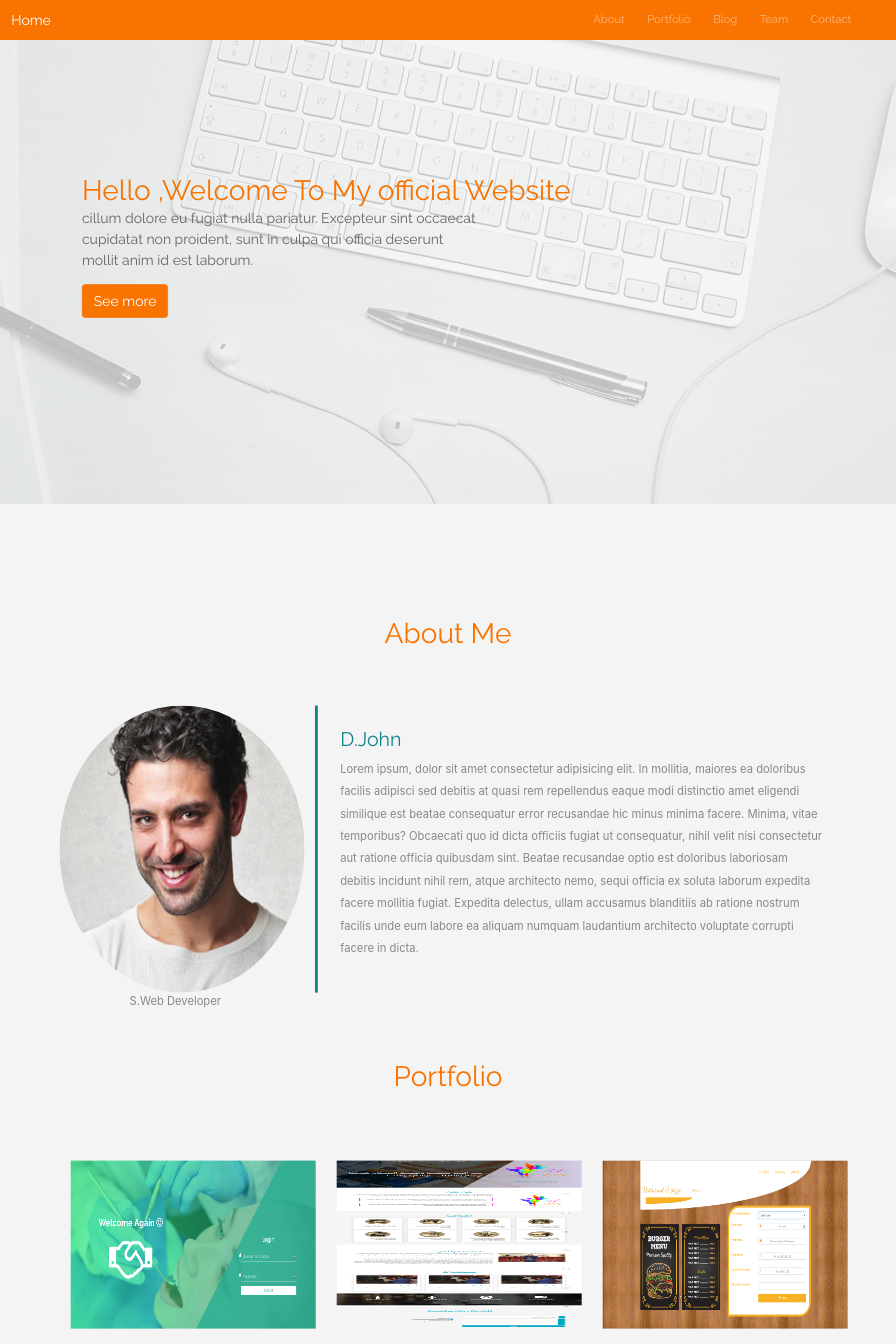
Repository: adrian9211/Bootstrap_website_Ruth
Page: index.html
The author's editor kept a copy of each file at every save. The page is drawn from the files as they stood at one save, then again after the next save.
The browser window is 1280 px wide. The pictures show the part of the page from y = 0 to 1920 px (the page is 4159 px tall), at 70% of full size.
Some web libraries are served in a nearby version.

Above is the page before, as saved 2020-11-25 13:10:24.

### index.html
<!DOCTYPE html>
<html lang="en">
<head>
    <meta charset="UTF-8">
    <meta name="viewport" content="width=device-width, initial-scale=1.0">
    <title>Bootstrap 4 page</title>

    <link rel="stylesheet" href="css/bootstrap.min.css">
    <link rel="stylesheet" href="css/main.css">
</head>
<body>
    <!-- Navbar start -->
    <nav class="navbar navbar-expand-lg navbar-dark fixed-top">
        <a class="navbar-brand" href="#">Home</a>
        <button class="navbar-toggler" type="button" data-toggle="collapse" data-target="#navbarSupportedContent" aria-controls="navbarSupportedContent" aria-expanded="false" aria-label="Toggle navigation">
          <span class="navbar-toggler-icon"></span>
        </button>

        <div class="collapse navbar-collapse" id="navbarSupportedContent">
            <ul class="navbar-nav mr-4">
              <li class="nav-item">
                <a class="nav-link"  data-value="about" href="#">About</a>
              </li>
              <li class="nav-item">
                <a class="nav-link" data-value="portfolio" href="#">Portfolio</a>
              </li>
              <li class="nav-item">
                <a class="nav-link" data-value="blog" href="#">Blog</a>
              </li>
              <li class="nav-item">
                <a class="nav-link" data-value="team" href="#">Team</a>
              </li>
              <li class="nav-item">
                <a class="nav-link" data-value="contact" href="#">Contact</a>
              </li>
          </div>
    </nav>
    <!-- Navbar end -->
    <!-- Header section START -->
    <header class="header">
      <div class="overlay"></div>
       <div class="container">
           <div class="description ">
        <h1>
          Hello ,Welcome To My official Website
          <p>
          cillum dolore eu fugiat nulla pariatur. Excepteur sint occaecat cupidatat non
          proident, sunt in culpa qui officia deserunt mollit anim id est laborum.</p>
          <button class="btn btn-outline-secondary btn-lg">See more</button>
        </h1>
      </div>
       </div>

    </header>
    <!-- Header section END -->

    <!-- About section START -->

    <div class="about" id="about">
      <div class="container">
        <h1 class="text-center">About Me</h1>
          <div class="row">
            <div class="col-lg-4 col-md-4 col-sm-12">
              <img src="images/team-3.jpg"  class="img-fluid" alt="photo">
              <span class="text-justify">S.Web Developer</span>
            </div>
            <div class="col-lg-8 col-md-8 col-sm-12 desc">
              <h3>D.John</h3>
              <p>Lorem ipsum, dolor sit amet consectetur adipisicing elit. In mollitia, maiores ea doloribus facilis adipisci sed debitis at quasi rem repellendus eaque modi distinctio amet eligendi similique est beatae consequatur error recusandae hic minus minima facere. Minima, vitae temporibus? Obcaecati quo id dicta officiis fugiat ut consequatur, nihil velit nisi consectetur aut ratione officia quibusdam sint. Beatae recusandae optio est doloribus laboriosam debitis incidunt nihil rem, atque architecto nemo, sequi officia ex soluta laborum expedita facere mollitia fugiat. Expedita delectus, ullam accusamus blanditiis ab ratione nostrum facilis unde eum labore ea aliquam numquam laudantium architecto voluptate corrupti facere in dicta.</p>
            </div>
          </div>
      </div>
    </div>

    <!-- About section END -->

    <!-- Portfolio part START -->
    <div class="portfolio" id="portfolio">
      <h1 class="text-center">Portfolio</h1>
      <div class="container">
        <div class="row">
          <div class="col-lg-4 col-md-4 col-sm-12">
            <img src="images/portfolio/port13.png" alt="port3" class="img-fluid">
        </div>
          <div class="col-lg-4 col-md-4 col-sm-12">
            <img src="images/portfolio/port1.png" alt="port1" class="img-fluid">
        </div>
          <div class="col-lg-4 col-md-4 col-sm-12">
            <img src="images/portfolio/port6.png" alt="port6" class="img-fluid">
        </div>
          <div class="col-lg-4 col-md-4 col-sm-12">
            <img src="images/portfolio/port3.png" alt="port3" class="img-fluid">
        </div>
          <div class="col-lg-4 col-md-4 col-sm-12">
            <img src="images/portfolio/port11.png" alt="port11" class="img-fluid">
        </div>
          <div class="col-lg-4 col-md-4 col-sm-12">
            <img src="images/portfolio/electric.png" alt="electric" class="img-fluid">
        </div>
          <div class="col-lg-4 col-md-4 col-sm-12">
            <img src="images/portfolio/Classic.jpg" alt="classic" class="img-fluid">
        </div>
          <div class="col-lg-4 col-md-4 col-sm-12">
            <img src="images/portfolio/port1.png" alt="port1" class="img-fluid">
        </div>
          <div class="col-lg-4 col-md-4 col-sm-12">
            <img src="images/portfolio/port8.png" alt="port8" class="img-fluid">
        </div>
      </div>
    </div>
    </div>

    <!-- Portfolio part END -->

    <!-- Posts section START -->
    <div class="blog" id="blog">
      <div class="container">
        <h1 class="text-center">Blog</h1>
        <div class="row">
          <div class="col-lg-4 col-md-4 col-sm-12" >
            <div class="card">
              <div class="card-img">
                <img src="images/posts/polit.jpg" alt="polit" class="img-fluid">
              </div>
              <div class="card-body">
                <h4 class="card-title">Post Title</h4>
                <p class="card-text">
                  Lorem ipsum dolor sit amet consectetur adipisicing elit. Fuga, at, mollitia et labore est quo ratione suscipit iste consequatur quos quidem nulla asperiores eveniet repellat odit. Reprehenderit enim vitae ratione ab veniam, temporibus sapiente quasi tenetur voluptatem repellat ea ipsam rerum consectetur unde quia exercitationem tempore debitis laborum qui dolores!
                </p>
              </div>
              <div class="card-footer">
                <a href="" class="card-link"> Read more</a>
              </div>
            </div>
          </div>
          <div class="col-lg-4 col-md-4 col-sm-12">
            <div class="card">
              <div class="card-img">
                <img src="images/posts/images.jpg" alt="images" class="img-fluid">
              </div>
              <div class="card-body">
                <h4 class="card-title">Post Title</h4>
                <p class="card-text">
                  Lorem ipsum dolor sit amet consectetur adipisicing elit. Ex earum ad, labore aperiam magnam maiores quaerat, sapiente a aut mollitia veritatis molestiae reprehenderit pariatur eum cum minima? Nulla, quia. Libero laborum ullam unde beatae error vero iure soluta, itaque sint debitis sequi! Provident, quam facilis vero animi eaque illum dignissimos.
                </p>
              </div>
              <div class="card-footer">
                <a href="" class="card-link">Read more</a>
              </div>
            </div>
          </div>
          <div class="col-lg-4 col-md-4 col-sm-12">
            <div class="card">
              <div class="card-img">
                <img src="images/posts/imag2.jpg" alt="images" class="img-fluid">
              </div>
              <div class="card-body">
                <h4 class="card-title">Post Title</h4>
                <p class="card-text">
                  Lorem ipsum dolor sit amet consectetur adipisicing elit. Ex earum ad, labore aperiam magnam maiores quaerat, sapiente a aut mollitia veritatis molestiae reprehenderit pariatur eum cum minima? Nulla, quia. Libero laborum ullam unde beatae error vero iure soluta, itaque sint debitis sequi! Provident, quam facilis vero animi eaque illum dignissimos.
                </p>
              </div>
              <div class="card-footer">
                <a href="" class="card-link">Read more</a>
              </div>
            </div>
          </div>
        </div>
      </div>
    </div>
    <!-- Posts section END -->

    <!-- Team Section START -->
    <div class="team" id="team">
      <div class="container">
      <h1 class="text-center">Our Team</h1>
        <div class="row">
          <div class="col-lg-3 col-md-3 col-sm-12 item">
            <img src="images/team-2.jpg" alt="team-2" class="img-fluid">
            <div class="des">
              Sara
            </div>
            <span class="text-muted">Manager</span>
          </div>
          <div class="col-lg-3 col-md-3 col-sm-12 item">
            <img src="images/team-3.jpg" alt="team-2" class="img-fluid">
            <div class="des">
              Chris
            </div>
            <span class="text-muted">S.enginnern</span>
          </div>
          <div class="col-lg-3 col-md-3 col-sm-12 item">
            <img src="images/team-2.jpg" alt="team-2" class="img-fluid">
            <div class="des">
              Layla
            </div>
            <span class="text-muted">Front End Developer</span>
          </div>
          <div class="col-lg-3 col-md-3 col-sm-12 item">
            <img src="images/team-3.jpg" alt="team-2" class="img-fluid">
            <div class="des">
              J.Jirard
            </div>
            <span class="text-muted">Team Manager</span>
          </div>
        </div>
      </div>
    </div>
    <!-- Team Section END -->

    <!-- Contact section START -->

    <div class="contact-form" id="contact">
      <div class="container">
        <form>
          <div class="row">
            <div class="col-lg-4 col-md-4 col-sm-12" >
              <h1>Get in Touch</h1>
            </div>
            <div class="col-lg-4 col-md-4 col-sm-12 right">
              <div class="form-group">
                <input type="text" class="form-control form-control-lg" placeholder="Your Name" name="name">
              </div>
              <div class="form-group">
                <input type="text" class="form-control form-control-lg" placeholder="YourEmail@email.com" name="email">
              </div>
              <div class="form-group">
                <textarea class="form-control form-control-lg">

                </textarea>
              </div>
              <input type="submit" class="btn btn-secondary btn-block" value="Send" name="">
            </div>
          </div>
        </form>
      </div>
    </div>

    <!-- Contact section END-->

    <!-- JS files section -->
    <script src="https://cdnjs.cloudflare.com/ajax/libs/popper.js/1.12.9/umd/popper.min.js" integrity="sha384-ApNbgh9B+Y1QKtv3Rn7W3mgPxhU9K/ScQsAP7hUibX39j7fakFPskvXusvfa0b4Q" crossorigin="anonymous"></script>
    <script type="text/javascript" src="js/jquery.min.js"></script>
    <script type="text/javascript" src="js/bootstrap.min.js"></script>
    <script type="text/javascript" src="js/main.js"></script>
</body>
</html>

### css/main.css
@import url('https://fonts.googleapis.com/css?family=Raleway');

body{
	padding: 0;
	margin: 0;
	background:#f4f4f4;
}
html,h1,h2,h3,h4,h5,h6,a{
	font-family: "Raleway";
}
.navbar{
	background:#F97300;
}
.nav-link , .navbar-brand{
	color: #f4f4f4;
	cursor: pointer;
}
.nav-link{
	margin-right: 1em !important;
}
.nav-link:hover{
	background: #f4f4f4;
	color: #f97300;
}
.navbar-collapse{
 justify-content: flex-end;
}
.navbar-toggler{
  background:#fff !important;

}

/*header style*/
.header{
	/* height: 40vh; */
	position: relative;
	background-image: url('../images/headerback.jpg');
	background-size: cover;
	background-position: center;
}
.overlay{
	position: absolute;
	min-height: 100%;
	min-width: 100%;
	left: 0;
	top: 0;
	background: rgba(244, 244, 244, 0.79);
}
.description{
    position: absolute;
    top: 30%;
    margin: auto;
    padding: 2em;

}
.description h1{
	color:#F97300 ;
}
.description p{
	color:#666;
	font-size: 20px;
	width: 50%;
	line-height: 1.5;
}
.description button{
	border:1px  solid #F97300;
	background:#F97300;
	color:#fff;
}
.about{
	margin: 4em 0;
	padding: 1em;
	position: relative;
}
.about h1{
	color:#F97300;
	margin: 2em;
}
.about img{
	height: 100%;
    width: 100%;
    border-radius: 50%
}
.about span{
	display: block;
	color: #888;
	position: absolute;
	left: 115px;
}
.about .desc{
	padding: 2em;
	border-left:4px solid #10828C;
}
.about .desc h3{
	color: #10828C;
}
.about .desc p{
	line-height:2;
	color:#888;
}


/*Portfolio*/
.portfolio{
	margin: 4em 0;
    position: relative;
}
.portfolio h1{
	color:#F97300;
	margin: 2em;
}
.portfolio img{
	 height: 15rem;
	 width: 100%;
	 margin: 1em;
}

/*blog style*/
.blog{
	margin: 4em 0;
	position: relative;
}
.blog h1{
	color:#F97300;
	margin: 2em;
}
.blog .card{
	box-shadow: 0 0 20px #ccc;
}
.blog .card img{
	width: 100%;
	height: 12em;
}
@media and (max-width: 768px){
 .team .item img{
 	width: 100%;
 }
}
.blog .card-title{
	color:#F97300;
}

.blog .card-body{
	padding: 1em;
}
.team{
	margin: 4em 0;
	position: relative;

}
.team h1{
	color:#F97300;
	margin: 2em;
}
.team .item{
	position: relative;
	overflow: hidden;
}
.team .des{
	background: #F97300;
	color: #fff;
	text-align: center;
	border-top-right-radius: 93%;
	transition:.3s ease-in-out;
	position: absolute;
	width: 88%;
	bottom: 24px;


}
.team .item:hover .des{
	height: 100%;
	background:#f973007d;
    position: absolute;
	width: 89%;
	padding: 5em;
	top: 0;
	border-top-right-radius: 0;
}
.contact-form{
	margin: 6em 0;
	position: relative;
}

.contact-form h1{
	padding:2em 1px;
	color: #F97300;
}
.contact-form .right{
	max-width: 600px;
}
.contact-form .right .btn-secondary{
	background:  #F97300;
	color: #fff;
	border:0;
}
.contact-form .right .form-control::placeholder{
	color: #888;
	font-size: 16px;
}

Loaded but not shown: css/bootstrap.min.css (library); js/jquery.min.js (library); js/bootstrap.min.js (library); js/main.js (common file)

After the next save:
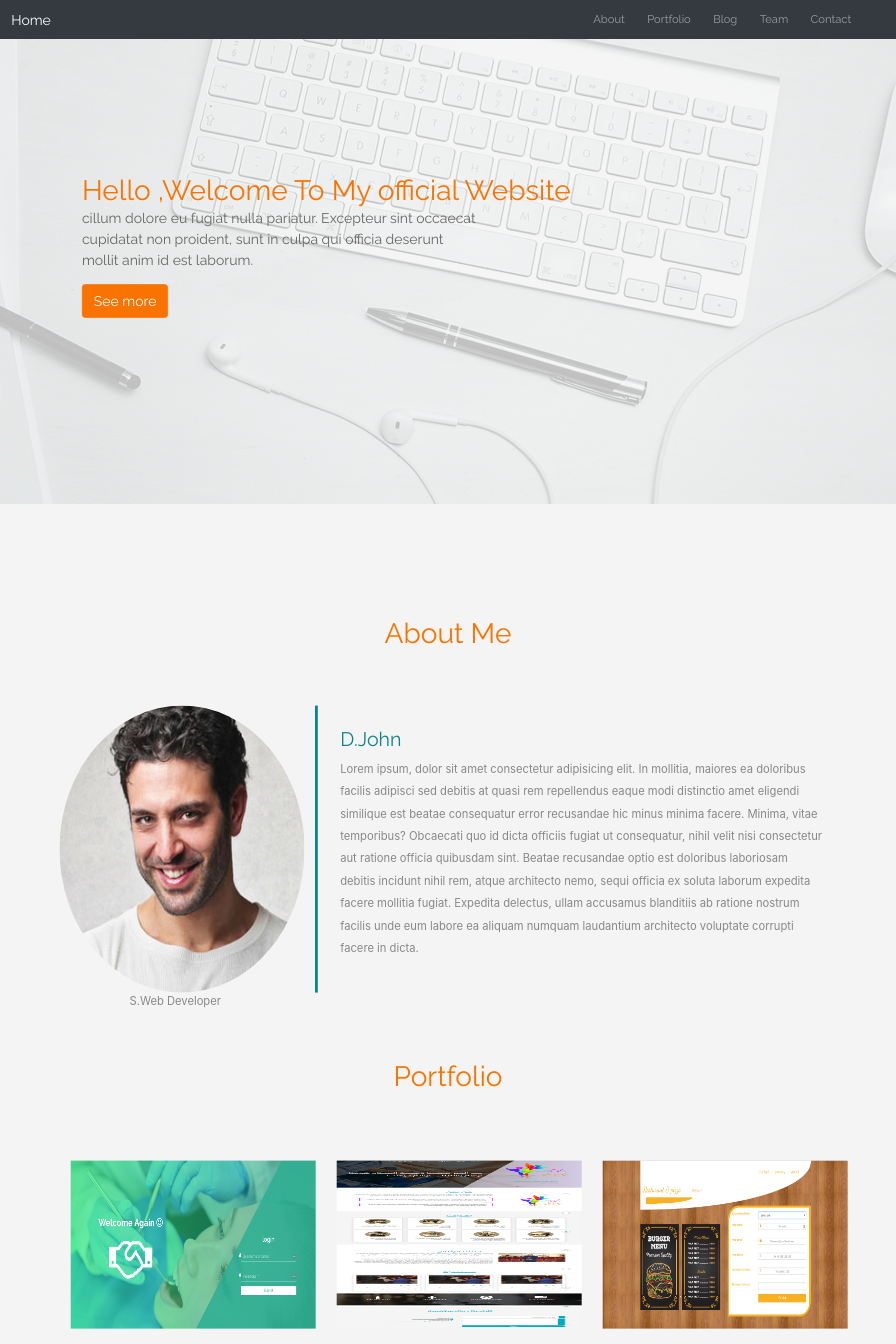
Saved 58 s later.
--- a/index.html
+++ b/index.html
@@ -10,7 +10,7 @@
 </head>
 <body>
     <!-- Navbar start -->
-    <nav class="navbar navbar-expand-lg navbar-dark fixed-top">
+    <nav class="navbar navbar-expand-lg navbar-dark bg-dark fixed-top">
         <a class="navbar-brand" href="#">Home</a>
         <button class="navbar-toggler" type="button" data-toggle="collapse" data-target="#navbarSupportedContent" aria-controls="navbarSupportedContent" aria-expanded="false" aria-label="Toggle navigation">
           <span class="navbar-toggler-icon"></span>

After the save that followed:
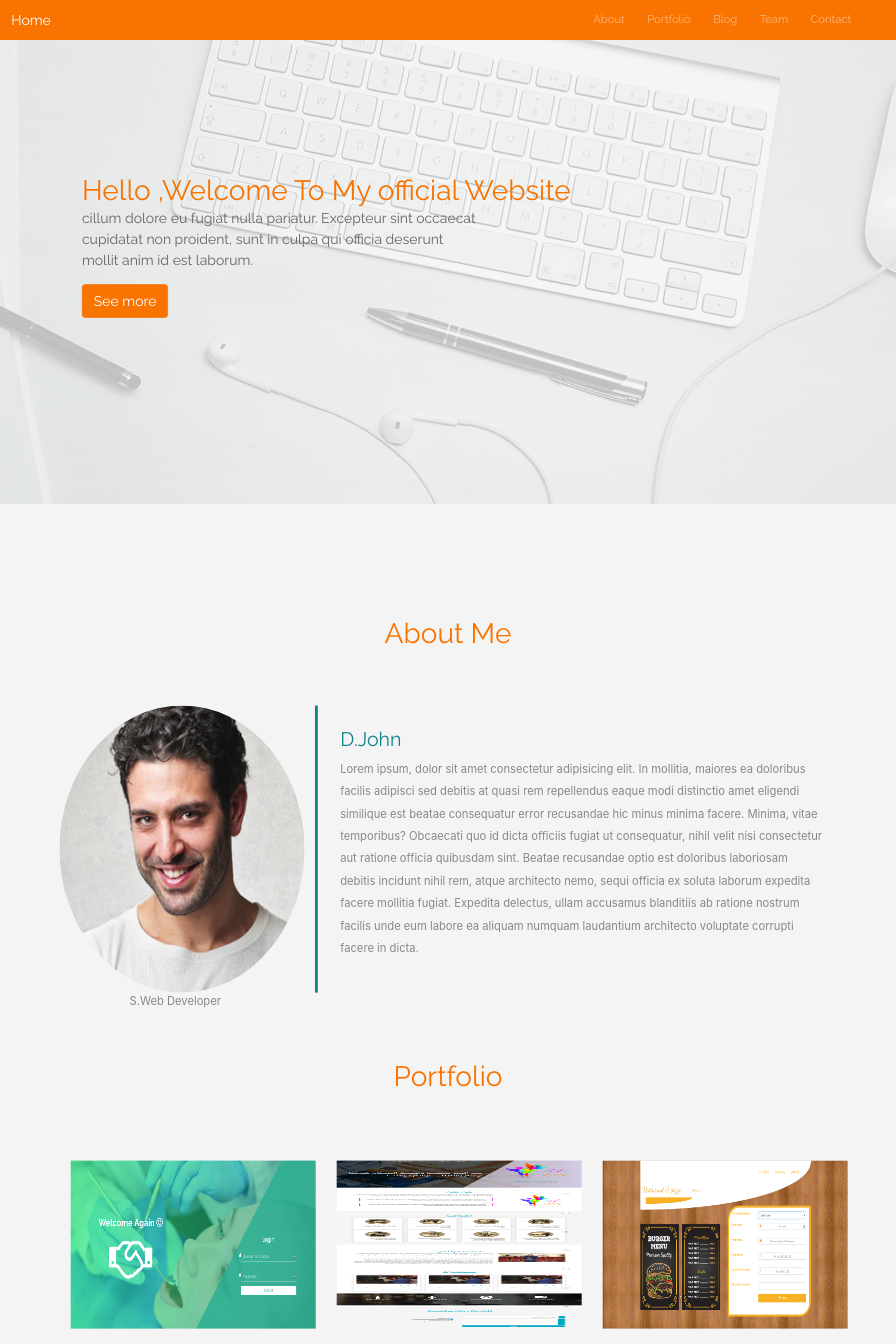
Saved 9 min 41 s later.
--- a/index.html
+++ b/index.html
@@ -10,7 +10,7 @@
 </head>
 <body>
     <!-- Navbar start -->
-    <nav class="navbar navbar-expand-lg navbar-dark bg-dark fixed-top">
+    <nav class="navbar navbar-expand-lg navbar-dark  fixed-top">
         <a class="navbar-brand" href="#">Home</a>
         <button class="navbar-toggler" type="button" data-toggle="collapse" data-target="#navbarSupportedContent" aria-controls="navbarSupportedContent" aria-expanded="false" aria-label="Toggle navigation">
           <span class="navbar-toggler-icon"></span>
